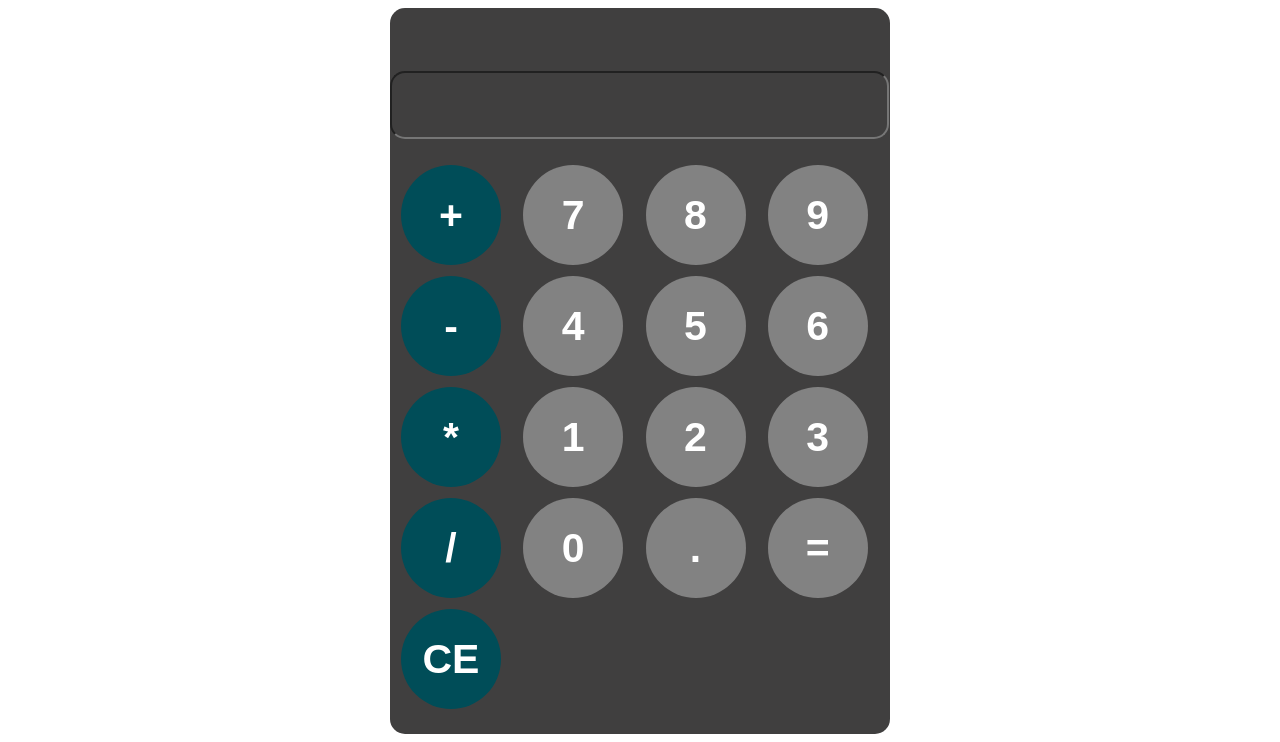
Repository: rkrukshan/JS-Calculator
Page: index.html
The author's editor kept a copy of each file at every save. The page is drawn from the files as they stood at one save, then again after a run of saves.
The browser window is 1280 px wide. The pictures show the whole page.

Above is the page before, as saved 2024-09-02 14:20:08.

### index.html
<!DOCTYPE html>
<html lang="en">

<head>
    <meta charset="UTF-8">
    <meta name="viewport" content="width=device-width, initial-scale=1.0">
    <title>Document</title>
    <link rel="stylesheet" href="style.css">
</head>

<body>
    <div id="calculator">
        <input id="screen" readonly>
        <div id="buttons">

            <button class="operator" onclick="appendScreen('+')">+</button>
            <button onclick="appendScreen('7')">7</button>
            <button onclick="appendScreen('8')">8</button>
            <button onclick="appendScreen('9')">9</button>
            <button class="operator" onclick="appendScreen('-')">-</button>
            <button onclick="appendScreen('4')">4</button>
            <button onclick="appendScreen('5')">5</button>
            <button onclick="appendScreen('6')">6</button>
            <button class="operator" onclick="appendScreen('*')">*</button>
            <button onclick="appendScreen('1')">1</button>
            <button onclick="appendScreen('2')">2</button>
            <button onclick="appendScreen('3')">3</button>
            <button class="operator" onclick="appendScreen('/')">/</button>
            <button onclick="appendScreen('0')">0</button>
            <button onclick="appendScreen('.')">.</button>
            <button onclick="result('=')">=</button>
            <button class="operator" onclick="displayClear('CE')">CE</button>


        </div>
    </div>
    <script src="script.js"></script>
</body>

</html>

### style.css
#calculator {
  display: flexbox;
  align-items: center;
  height: 100vh;
  justify-content: center;
  border: none;
  max-width: 500px;
  max-height: 600px;
  margin: auto;
  padding: 5% 0;
  background-color: hsl(0, 1%, 25%);
  border-radius: 15px;
}
#screen {
  width: 97%;
  max-height: 100%;
  color: white;
  font-size: 55px;
  border-radius: 15px;
  padding: 0 5px;
  background-color: transparent;
}
#buttons {
  margin: 15px 0px;
  display: grid;
  grid-template-columns: repeat(4, 1fr);
  align-items: center;
  justify-content: center;
  gap: 11px;
  padding: 11px;
}
button {
  width: 100px;
  height: 100px;
  border-radius: 50px;
  color: white;
  background-color: hsl(0, 0%, 51%);
  font-size: 41px;
  font-weight: bold;
  cursor: pointer;
  border: none;
}
button:active {
  background-color: hsl(0, 1%, 45%);
  box-shadow: 1px 1px 15px rgb(100, 206, 241);
}

.operator {
  background-color: rgb(0, 77, 88);
}
.operator:active {
  background-color: hsla(188, 96%, 22%, 0.466);
  box-shadow: 1px 1px 15px rgb(100, 206, 255);
}

### script.js
const displayScreen = document.getElementById("screen");

const appendScreen = (input) => {
  displayScreen.value += input;
};

const displayClear = () => {
  displayScreen.value = 0;
};

const result = () => {
  try {
    displayScreen.value = eval(displayScreen.value);
  } catch (error) {
    displayScreen.value = "NAN";
  }
};

After the next 2 saves:
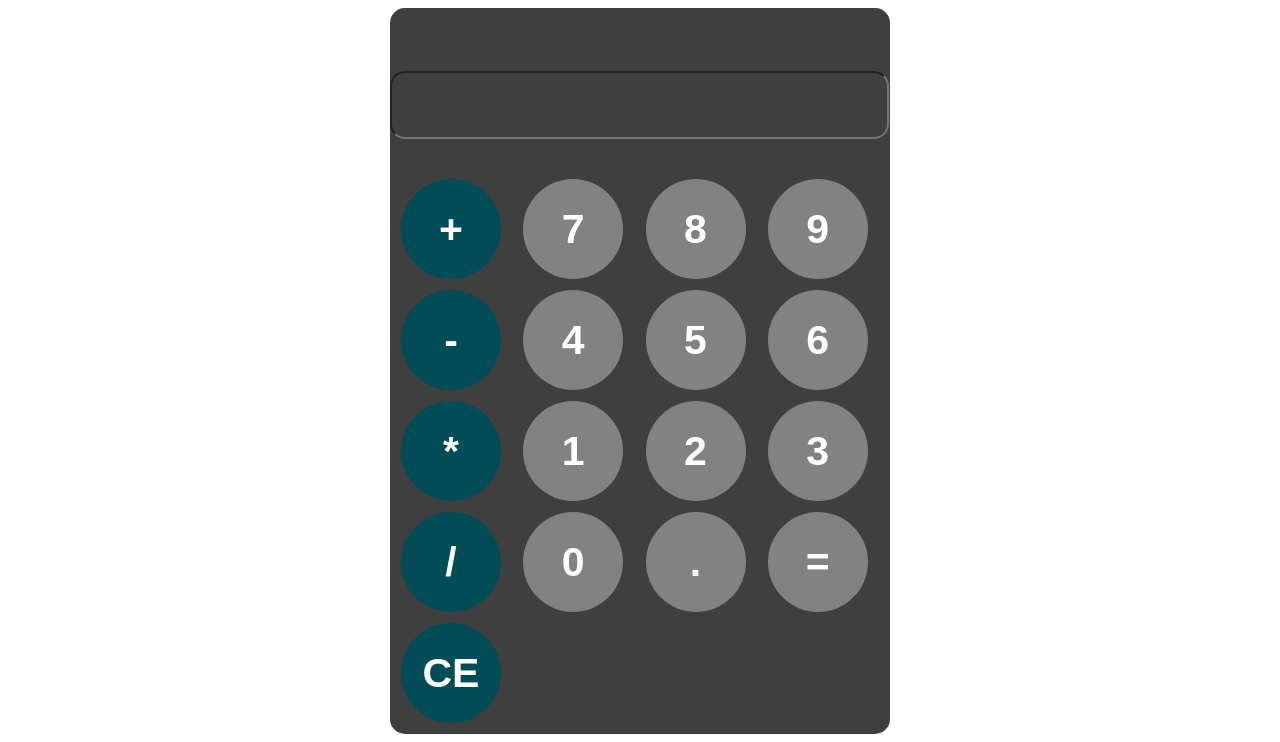
The 2 saves are shown as one change because they came seconds apart.
The last was saved 10 s later.
--- a/style.css
+++ b/style.css
@@ -21,7 +21,7 @@
   background-color: transparent;
 }
 #buttons {
-  margin: 15px 0px;
+  margin: 29px 0px;
   display: grid;
   grid-template-columns: repeat(4, 1fr);
   align-items: center;
